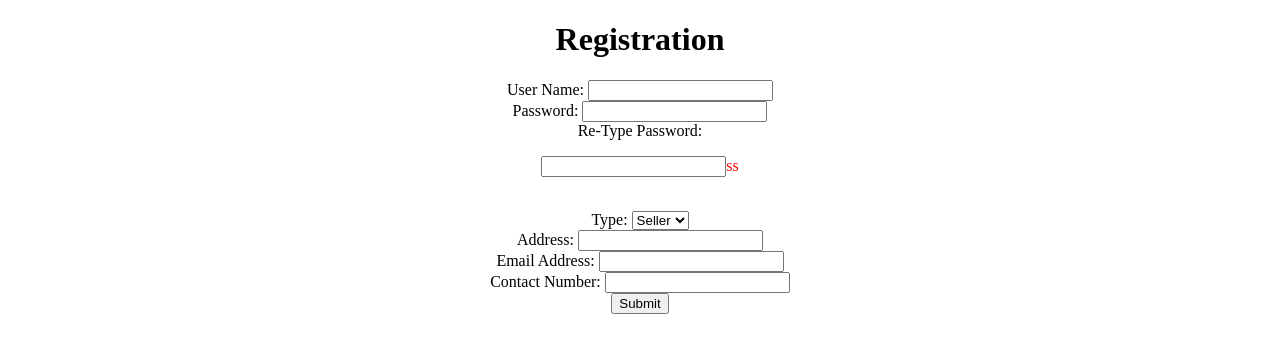
Repository: HariharanMiracle/CodeComplexity
Page: http://localhost/Paf_assignment/Register.jsp
The author's editor kept a copy of each file at every save. The page is drawn from the files as they stood at one save, then again after the next save.
The browser window is 1280 px wide. The pictures show the whole page.
The page is served by Tomcat 9.

Above is the page before, as saved 2019-04-29 19:28:51.

After the next save:
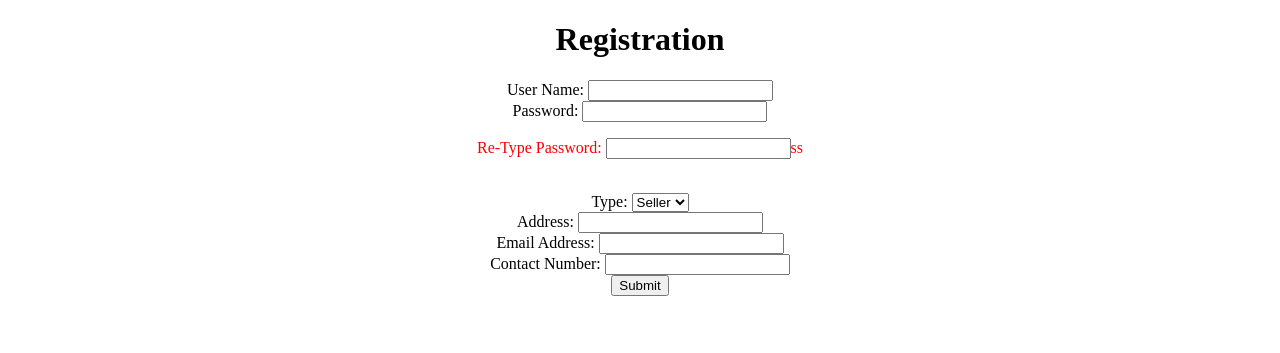
Saved 18 s later.
--- a/Paf_assignment/WebContent/Register.jsp
+++ b/Paf_assignment/WebContent/Register.jsp
@@ -14,7 +14,7 @@
 					<h1>Registration</h1>
 					<label>User Name:</label> <input type="text" name="username" id = "username" required/><br/>
 					<label>Password:</label> <input type="password" name="password" id = "pw" required/><br/>
-					<label>Re-Type Password:</label> <p id="password" style="color:red"><input type="password" name="rpassword" id = "cpw" required/>ss</p><br/>
+					<p id="password" style="color:red"><label>Re-Type Password:</label> <input type="password" name="rpassword" id = "cpw" required/>ss</p><br/>
 					<label>Type:</label>
 					<select name = "type">
 					  <option value="Seller">Seller</option>
